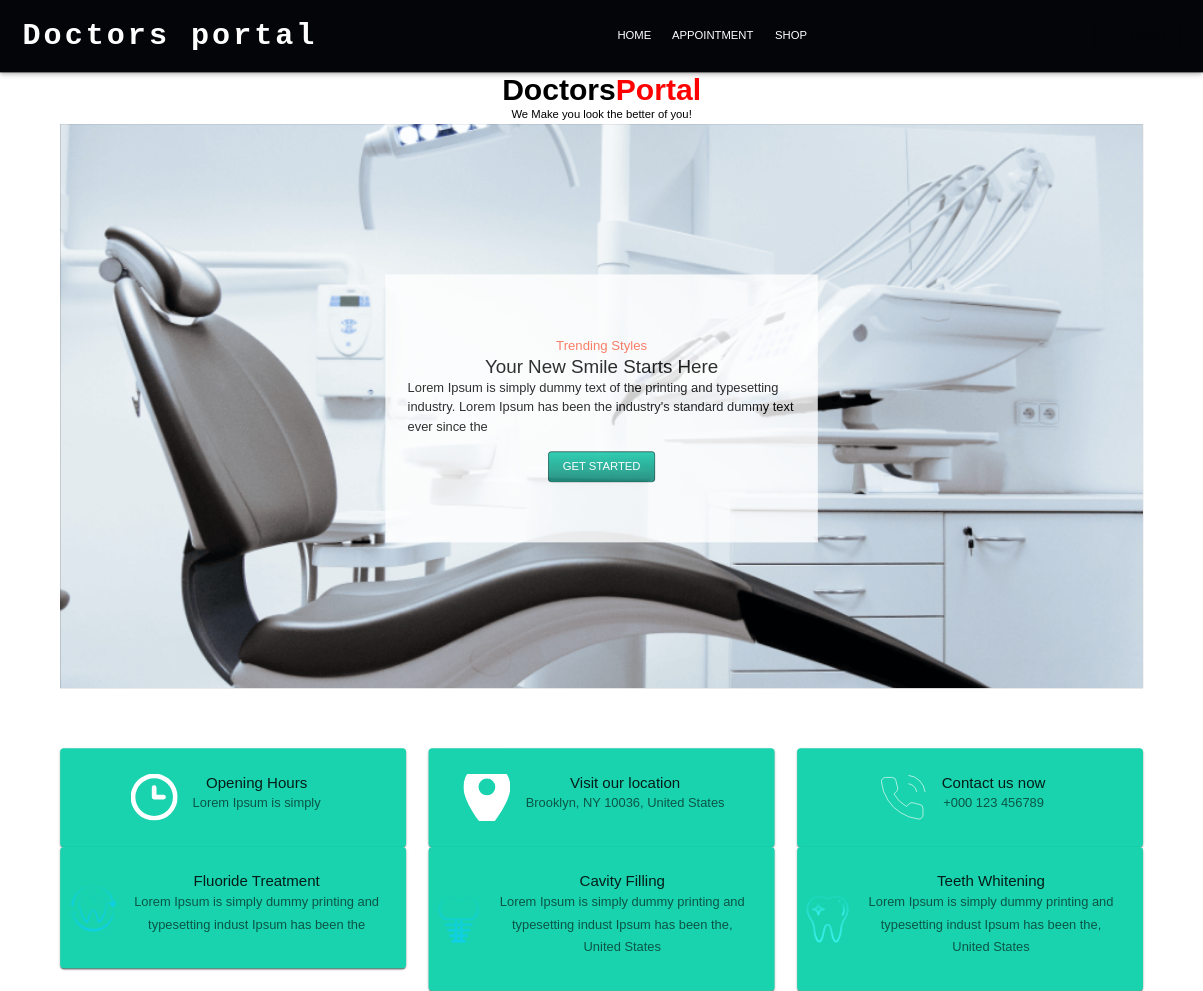
Repository: mdrubel02/health-care
Page: /
An editor plug-in stored every save of this project. The page is shown before and after the next save, followed by the edit.
The browser window is 1280 px wide. The pictures show the whole page, at 94% of full size.
Backgrounds fixed to the window are drawn as part of the page. The project was rebuilt for these pictures with package versions that can differ from the ones it lists, and the page was loaded fresh each time. Also part of the build but not shown: src/Pages/Appointment/Appointment.js, src/Pages/Login/Login.js, src/Animation/index.js, src/Styles/Product/index.js, src/Pages/Shop/ProductMeta.js, src/Pages/Shop/SingleProduct.js, src/Pages/Shop/SingleProductDesktop.js, src/Pages/Shop/Shop.js.

Above is the page before, as saved 2022-11-20 13:55:10.

### src/index.js
import React from 'react';
import ReactDOM from 'react-dom';
import './index.css';
import App from './App';
import reportWebVitals from './reportWebVitals';
import { ColorContextProvider } from './Theme/Theme';

ReactDOM.render(
  <React.StrictMode>
    <ColorContextProvider>
      <App />
    </ColorContextProvider>
  </React.StrictMode>,
  document.getElementById('root')
);

// If you want to start measuring performance in your app, pass a function
// to log results (for example: reportWebVitals(console.log))
// or send to an analytics endpoint. Learn more: https://bit.ly/CRA-vitals
reportWebVitals();

### src/App.js
import { RouterProvider } from 'react-router-dom';
import router from './Layout/router';

function App() {
  return (
    <div>
     <RouterProvider router={router}></RouterProvider>
    </div>
  );
}

export default App;

### src/Layout/router.js
import { createBrowserRouter } from "react-router-dom";
import Appointment from "../Pages/Appointment/Appointment";
import Home from "../Pages/Home/Home";
import Login from "../Pages/Login/Login";
import Shop from "../Pages/Shop/Shop";
import Main from "./Main";


const router = createBrowserRouter([{
    path: '/',
    element: <Main/>,
    children: [
        {path: '/',element: <Home/>},
        {path: '/home',element: <Home/>},
        {path: '/appointment',element: <Appointment/>},
        {path: '/shop',element: <Shop/>},
        {path: '/login',element: <Login/>},
    ]
}])
export default router;

### src/Pages/Home/Home.js
import { Container } from '@mui/material';
import React from 'react';
import Banner from './Banner/Banner';
import Information from './Information/Information';
import Services from './Services/Services';



const Home = () => {
    return (
        <Container>
            <Banner />
            <Information />
            <Services />
        </Container>
    );
};

export default Home;

### src/Layout/Main.js
import React from 'react';
import { Outlet } from 'react-router-dom';
import Header from '../Pages/Header/Header';

const Main = () => {
    return (
        <div>
           <Header/>
           <Outlet/>

        </div>
    );
};

export default Main;

### src/Pages/Home/Banner/Banner.js
import React from 'react';
import { Box, Button, Typography } from '@mui/material';
import chair from '../../../assets/images/chair.png'

const Banner = () => {
    return (
        <Box mb={8}>
            <Typography align="center" variant="h3" sx={{ fontWeight: 900 }}>
                Doctors<b style={{ color: "red" }}>Portal</b>
            </Typography>
            <Typography align="center" variant="body2" sx={{ fontWeight: 100 }}>
                We Make you look the better of you!
            </Typography>
            <Box
                sx={{
                    backgroundImage: `url(${chair})`,
                    backgroundRepeat: "no-repeat",
                    backgroundColor: "black",
                    backgroundAttachment: {md:'fixed', xs: 'static'},
                    backgroundPosition: "center",
                    backgroundSize: "cover",
                    height: 600,
                    width: "100%",
                    display: "flex",
                    justifyContent: "center",
                }}
            >
                <Box
                    sx={{
                        width: { xs: "100%", sm: "50%", md: "40%" },
                        padding: { xs: 3, sm: 2, md: 20, lg: 20 },
                        marginTop: {xs: 15, md: 0}
                    }}
                >
                    <Box sx={{ background: "white", opacity: "0.8", }}>
                        <Typography variant={"h6"} color="tomato" align="center" pt={8}>
                            Trending Styles
                        </Typography>
                        <Typography variant="h4" align="center">
                            Your New Smile Starts Here
                        </Typography>
                        <Typography variant="body1" pl={3} pr={3} pb={2}>
                            Lorem Ipsum is simply dummy text of the printing and typesetting industry. Lorem Ipsum has been the industry's standard dummy text ever since the
                        </Typography>
                        <Typography align="center" pb={8}>
                            <Button
                                sx={{
                                    background:
                                        'linear-gradient(to bottom, #04C8A4 , ' +
                                        '#00A187, #05806D 100%)',
                                    color: 'white',
                                }}
                                variant='outlined'>GET STARTED</Button>
                        </Typography>
                    </Box>
                </Box>
            </Box>
        </Box>

    );
};

export default Banner;

### src/Pages/Home/Information/Information.js
import { Box, Card, CardContent, CardMedia, Container, Grid, Paper, styled, Typography } from '@mui/material';
import React from 'react';
import clock from '../../../assets/icons/clock.svg';
import marker from '../../../assets/icons/marker.svg';
import phone from '../../../assets/icons/phone.svg';


const Information = () => {
    const menus = [
        { id: '01', img: clock, title: 'Opening Hours', description: 'Lorem Ipsum is simply ' },
        { id: '02', img: marker, title: 'Visit our location', description: 'Brooklyn, NY 10036, United States' },
        { id: '03', img: phone, title: 'Contact us now', description: '+000 123 456789' },
    ]
    const Item = styled(Paper)(({ theme }) => ({

        backgroundColor: theme.palette.mode === 'dark' ? '#1A2027' : '#fff',
        ...theme.typography.body2,
        padding: theme.spacing(0),
        textAlign: 'center',
        color: theme.palette.text.secondary,

    }));

    return (
            <Box sx={{ flexGrow: 1 }}>
                <Grid container spacing={{lg:3, xs: 2, md: 3 }} >
                    {menus.map((menu,index) => (
                        <Grid  item xs={12} sm={12} md={6} lg={4} key={index}>
                           <Item> <Card sx={{ display: 'flex',justifyContent: 'center',alignItems: 'center',backgroundColor: '#19D3AE' ,padding: '10px'}}>
                                <CardMedia
                                    component="img"
                                    sx={{ width: 50, height: 50, }}
                                    image={menu.img}
                                    alt="Live from space album cover"
                                />
                                <Box sx={{ display: 'flex', flexDirection: 'column' }}>
                                    <CardContent sx={{ flex: '1 0 auto' }}>
                                        <Typography component="div" variant="h5">
                                            {menu.title}
                                        </Typography>
                                        <Typography variant="subtitle1" color="text.secondary" component="div">
                                            {menu.description}
                                        </Typography>
                                    </CardContent>
                                </Box>
                            </Card>
                            </Item>
                        </Grid>
                    ))}
                </Grid>
            </Box>
    );
};

export default Information;

### src/Pages/Home/Services/Services.js
import { Box, Card, CardContent, CardMedia, Grid, Paper, styled, Typography } from '@mui/material';
import React from 'react';
import cavity from '../../../assets/images/cavity.png';
import fluoride from '../../../assets/images/fluoride.png';
import whitening from '../../../assets/images/whitening.png';
const Services = () => {
    const services = [
        { id: '01', img: fluoride, title: 'Fluoride Treatment', description: 'Lorem Ipsum is simply dummy printing and typesetting indust Ipsum has been the' },
        { id: '02', img: cavity, title: 'Cavity Filling', description: 'Lorem Ipsum is simply dummy printing and typesetting indust Ipsum has been the, United States' },
        { id: '03', img: whitening, title: 'Teeth Whitening', description: 'Lorem Ipsum is simply dummy printing and typesetting indust Ipsum has been the, United States' },
    ]
    const Item = styled(Paper)(({ theme }) => ({

        backgroundColor: theme.palette.mode === 'dark' ? '#1A2027' : '#fff',
        ...theme.typography.body2,
        padding: theme.spacing(0),
        textAlign: 'center',
        color: theme.palette.text.secondary,

    }));

    return (
        <Box sx={{ flexGrow: 1 }}>
            <Grid container spacing={{ lg: 3, xs: 2, md: 3 }} >
                {services.map((service, index) => (
                    <Grid item xs={12} sm={12} md={6} lg={4} key={index}>
                        <Item> <Card sx={{ display: 'flex', justifyContent: 'center', alignItems: 'center', backgroundColor: '#19D3AE', padding: '10px' }}>
                            <CardMedia
                                component="img"
                                sx={{ width: 50, height: 50, }}
                                image={service.img}
                                alt="Live from space album cover"
                            />
                            <Box sx={{ display: 'flex', flexDirection: 'column' }}>
                                <CardContent sx={{ flex: '1 0 auto' }}>
                                    <Typography component="div" variant="h5">
                                        {service.title}
                                    </Typography>
                                    <Typography variant="subtitle1" color="text.secondary" component="div">
                                        {service.description}
                                    </Typography>
                                </CardContent>
                            </Box>
                        </Card>
                        </Item>
                    </Grid>
                ))}
            </Grid>
        </Box>
    );
};

export default Services;

### src/Pages/Header/Header.js
import { AppBar, Avatar, Box, Button, Container, IconButton, Menu, MenuItem, Toolbar, Tooltip, Typography, useTheme } from '@mui/material';
import AdbIcon from '@mui/icons-material/Adb';
import MenuIcon from '@mui/icons-material/Menu';
import { Link as RouterLink } from 'react-router-dom';
import React, { useState } from 'react';
import { tokens } from '../../Theme/Theme';
// import { Link } from 'react-router-dom';
import LoginIcon from '@mui/icons-material/Login';
import './Header.css'


const settings = ['Profile', 'Account', 'Dashboard', 'Logout'];

const Header = () => {
    const theme = useTheme();
    const colors = tokens(theme.palette.mode);
    const [anchorElNav, setAnchorElNav] = useState(null);
    const [anchorElUser, setAnchorElUser] = useState(null);

    const items = <React.Fragment>
        <Button sx={{ color: 'white' }} component={RouterLink} to="/home">Home</Button>
        <Button sx={{ color: 'white' }} component={RouterLink} to="/appointment">Appointment</Button>
        <Button sx={{ color: 'white' }} component={RouterLink} to="/shop">Shop</Button>
    </React.Fragment>

    const handleOpenNavMenu = (event) => {
        setAnchorElNav(event.currentTarget);
    };
    const handleOpenUserMenu = (event) => {
        setAnchorElUser(event.currentTarget);
    };

    const handleCloseNavMenu = () => {
        setAnchorElNav(null);
    };

    const handleCloseUserMenu = () => {
        setAnchorElUser(null);
    };
    return (
        <AppBar position="static">
            <Container maxWidth="xl">
                <Toolbar disableGutters>

                    <Typography
                        variant="h3"
                        noWrap
                        component="a"
                        href="/"
                        sx={{
                            mr: 2,
                            display: { xs: 'none', md: 'flex' },
                            fontFamily: 'monospace',
                            fontWeight: 700,
                            letterSpacing: '.2rem',
                            color: 'inherit',
                            textDecoration: 'none',
                        }}
                    >
                        Doctors portal
                    </Typography>

                    <Box className='middle' sx={{ flexGrow: 1, display: { xs: 'flex', md: 'none' }, justifyContent: 'center' }}>
                        <IconButton
                            size="large"
                            aria-label="account of current user"
                            aria-controls="menu-appbar"
                            aria-haspopup="true"
                            onClick={handleOpenNavMenu}
                            color="inherit"
                        >
                            <MenuIcon />
                        </IconButton>
                        <Menu
                            id="menu-appbar"
                            anchorEl={anchorElNav}
                            anchorOrigin={{
                                vertical: 'bottom',
                                horizontal: 'left',
                            }}
                            keepMounted
                            transformOrigin={{
                                vertical: 'top',
                                horizontal: 'left',
                            }}
                            open={Boolean(anchorElNav)}
                            onClose={handleCloseNavMenu}
                            sx={{
                                display: { xs: 'block', md: 'none' },
                            }}
                        >

                            <MenuItem onClick={handleCloseNavMenu}>
                                <Typography variant="h5" sx={{ color: 'withe' }} textAlign="center">{items}</Typography>
                            </MenuItem>

                        </Menu>
                    </Box>

                    <Typography
                        variant="h3"
                        noWrap
                        component="a"
                        href=""
                        sx={{
                            mr: 2,
                            display: { xs: 'flex', md: 'none' },
                            flexGrow: 1,
                            fontFamily: 'monospace',
                            fontWeight: 700,
                            letterSpacing: '.3rem',
                            color: 'inherit',
                            textDecoration: 'none',
                        }}
                    >
                        Doctors portal
                    </Typography>
                    <Box sx={{ flexGrow: 1, display: { xs: 'none', md: 'flex' } }}>

                        <Button

                            onClick={handleCloseNavMenu}
                            sx={{ color: `${colors.grey[400]} !important`, my: 2, display: 'block' }}
                        >
                            {items}
                        </Button>

                    </Box>





                    <Box sx={{ flexGrow: 0 }}>
                        <Button variant="outlined" startIcon={<LoginIcon />}>
                            Login
                        </Button>
                        {/* <Tooltip title="Open settings">
                            <IconButton onClick={handleOpenUserMenu} sx={{ p: 0 }}>
                                <Avatar alt="Remy Sharp" src="/static/images/avatar/2.jpg" />
                            </IconButton>
                        </Tooltip>
                        <Menu
                            sx={{ mt: '45px' }}
                            id="menu-appbar"
                            anchorEl={anchorElUser}
                            anchorOrigin={{
                                vertical: 'top',
                                horizontal: 'right',
                            }}
                            keepMounted
                            transformOrigin={{
                                vertical: 'top',
                                horizontal: 'right',
                            }}
                            open={Boolean(anchorElUser)}
                            onClose={handleCloseUserMenu}
                        >
                            {settings.map((setting) => (
                                <MenuItem key={setting} onClick={handleCloseUserMenu}>
                                    <Typography textAlign="center">{setting}</Typography>
                                </MenuItem>
                            ))}
                        </Menu> */}
                    </Box>
                </Toolbar>
            </Container>
        </AppBar>
    );
};

export default Header;

### src/Pages/Header/Header.css
.lip{
    color: white;
}
.css-1t6c9ts{
    justify-content: center;
}

Loaded but not shown: public/index.html (common file); src/index.css (common file); src/reportWebVitals.js (common file); src/Theme/Theme.js (268 lines, source omitted)

After the next save:
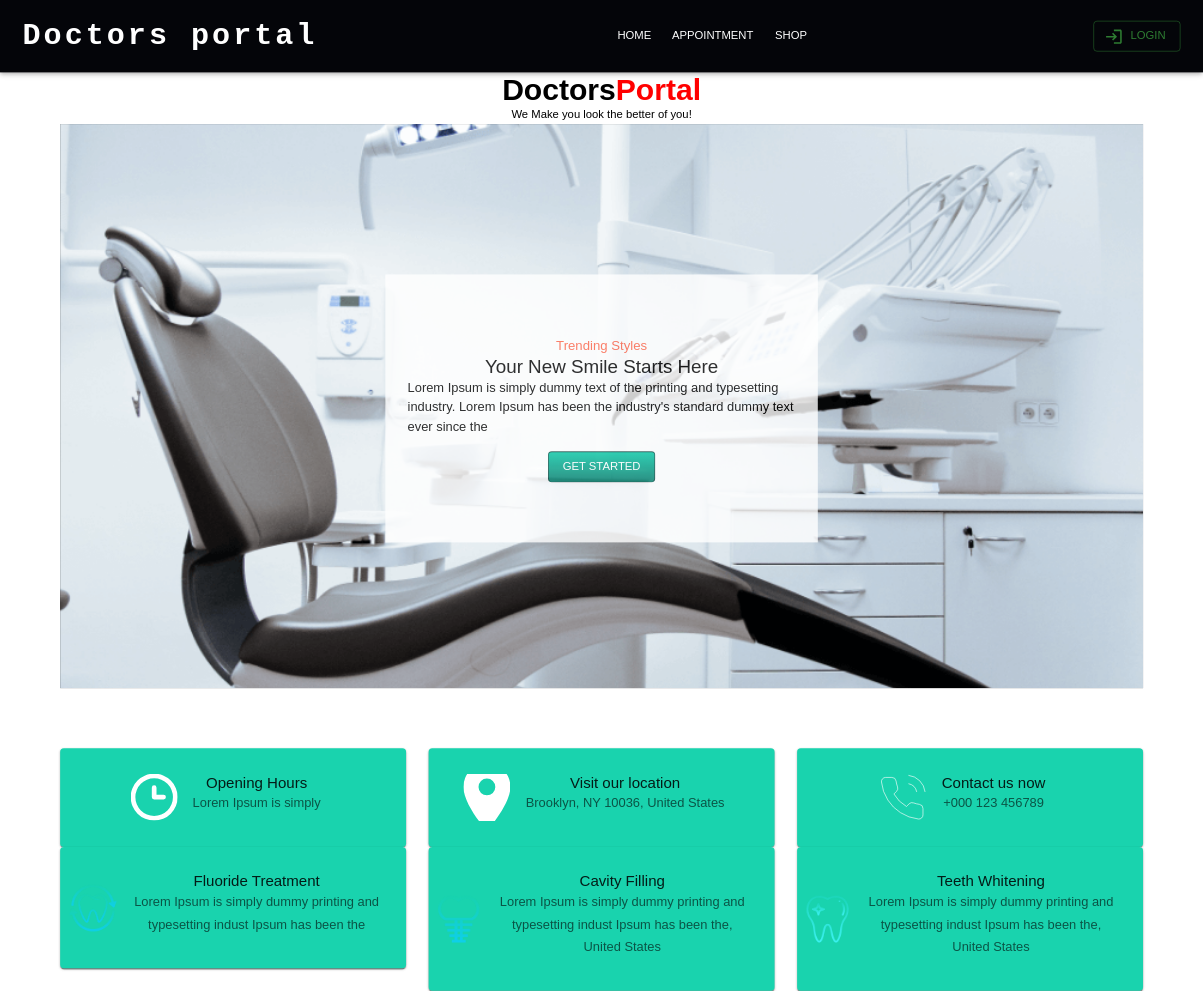
Saved 3 min 30 s later.
--- a/src/Pages/Header/Header.js
+++ b/src/Pages/Header/Header.js
@@ -132,7 +132,9 @@
 
 
                     <Box sx={{ flexGrow: 0 }}>
-                        <Button variant="outlined" startIcon={<LoginIcon />}>
+                        <Button
+                        color='success'
+                        variant="outlined"  component={RouterLink} to='/login' startIcon={<LoginIcon />}>
                             Login
                         </Button>
                         {/* <Tooltip title="Open settings">

After the 3 saves that followed:
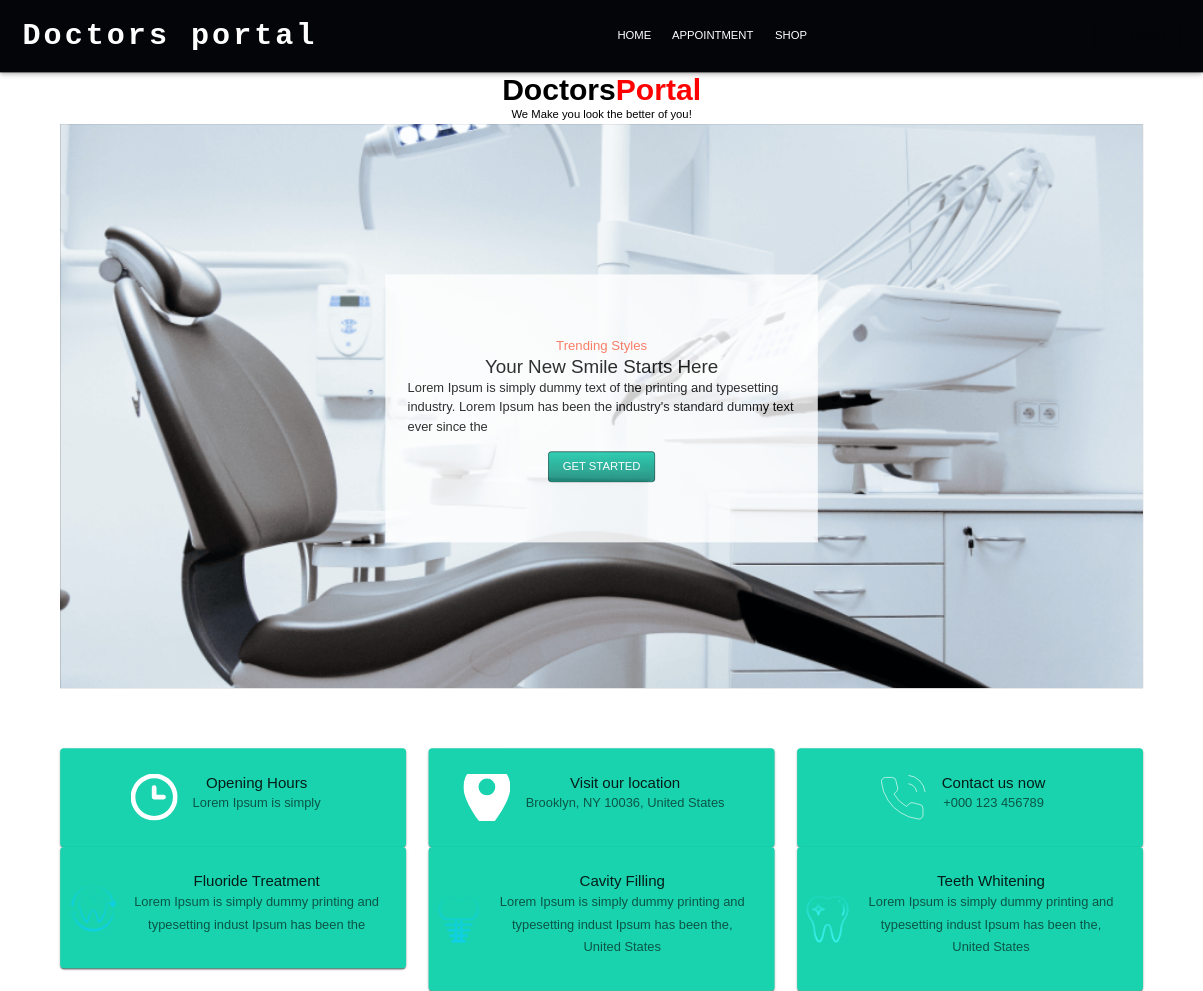
The 3 saves are shown as one change because 2 did not build or start.
The last was saved 2 min 32 s later.
--- a/src/Pages/Header/Header.js
+++ b/src/Pages/Header/Header.js
@@ -133,7 +133,7 @@
 
                     <Box sx={{ flexGrow: 0 }}>
                         <Button
-                        color='success'
+                        sx={{color: 'withe'}}
                         variant="outlined"  component={RouterLink} to='/login' startIcon={<LoginIcon />}>
                             Login
                         </Button>
